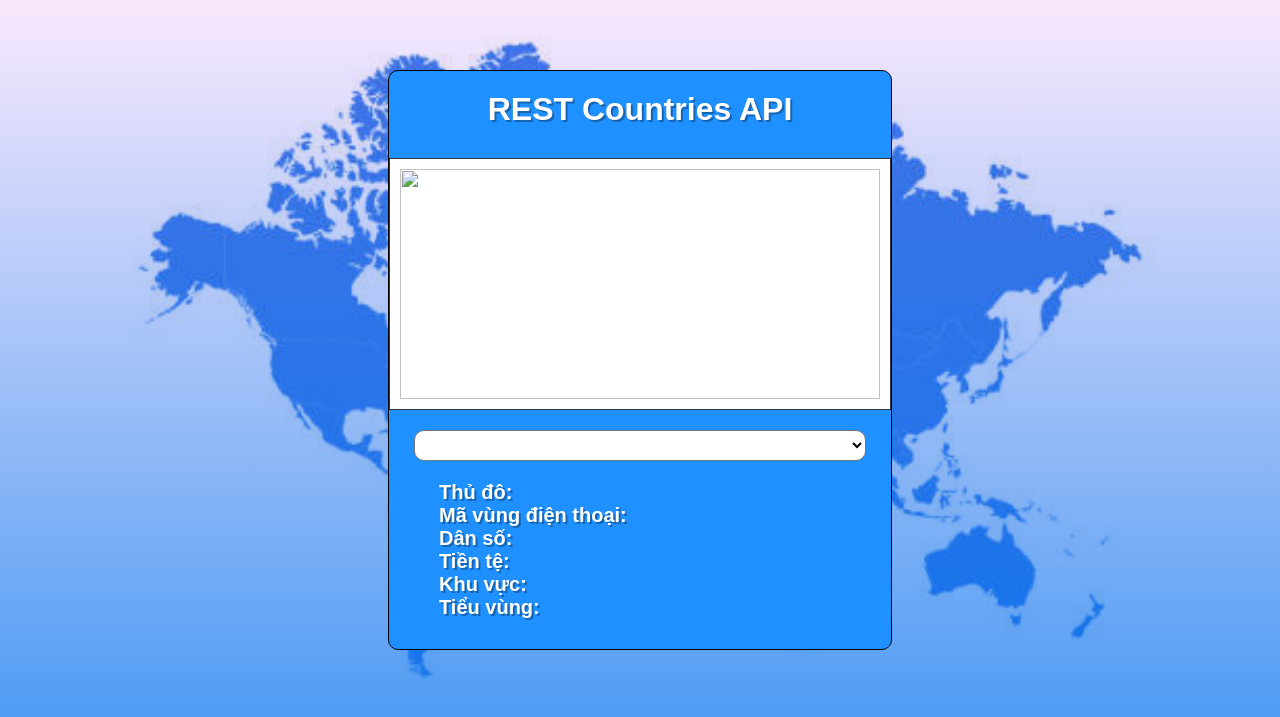
Repository: KhoaTran204/Rest-countries-api-app
Page: index.html
An editor plug-in stored every save of this project. The page is shown before and after the next save, followed by the edit.
The browser window is 1280 px wide. The pictures show the whole page.
The page's requests for data from a server got no answer.

Above is the page before, as saved 2024-04-14 09:18:20.

### index.html
<!DOCTYPE html>
<html lang="en">
  <head>
    <meta charset="UTF-8" />
    <meta name="viewport" content="width=device-width, initial-scale=1.0" />
    <link rel="stylesheet" href="style.css" />
    <title>Rest Countries API</title>
  </head>
  <body>
    <div class="container">
      <h1>REST Countries API</h1>
      <div id="main-container">
        <div id="flag-container">
          <img src="" alt="" />
        </div>
        <div id="info-container">
          <select id="countries"></select>
          <div class="info">
            <p>Thủ đô: <span id="capital"></span></p>
            <p>Mã vùng điện thoại: <span id="dialing-code"></span></p>
            <p>Dân số: <span id="population"></span></p>
            <p>Tiền tệ: <span id="currencies"></span></p>
            <p>Khu vực: <span id="region"></span></p>
            <p>Tiểu vùng: <span id="subregion"></span></p>
          </div>
        </div>
      </div>
    </div>
    <script src="app.js"></script>
  </body>
</html>

### style.css
* {
  margin: 0;
  padding: 0;
  box-sizing: border-box;
}

body {
  font-family: sans-serif;
  height: 100vh;
  display: flex;
  justify-content: center;
  align-items: center;
  /* background-image: url(anh/bando.jpg);
  background-repeat: no-repeat;
  background-position: center;
  background-size: cover; */
  background: linear-gradient(
      to top,
      rgba(4, 113, 239, 0.7),
      rgba(191, 35, 235, 0.1)
    ),
    url(anh/bando.jpg) no-repeat center/cover;
}

#flag-container {
  padding: 10px;
  height: 252px;
  background-color: #fff;
  border: 1px solid #333;
}

#flag-container img {
  display: block;
  width: 100%;
  height: 100%;
}

.container {
  background-color: #1e90ff;
  border-radius: 10px;
  border: 1px solid black;
}
.container h1 {
  text-align: center;
  text-shadow: 2px 2px rgba(0, 0, 0, 0.3);
  color: #fff;
  margin: 20px;
}
#main-container {
  width: 502px;
  margin: 30px auto;
  padding: 0;
}
#flag-container {
  height: 252px;
  background-color: #fff;
  border: 1px solid #333;
}
#flag-container img {
  display: block;
  width: 100%;
  height: 100%;
}
#info-container select {
  display: block;
  border-radius: 10px;
  margin: 20px auto;
  padding: 5px;
  min-width: 90%;
  color: black;
  font-size: 15px;
  font-weight: lighter;
  text-align-last: center;
  background-color: #fff;
  text-decoration: underline;
}
#flag-container select:active {
  background-color: black;
}
.info {
  margin-left: 50px;
  color: #fff;
  font-size: 20px;
  font-weight: bold;
  text-shadow: 2px 2px rgba(0, 0, 0, 0.3);
}

### app.js
const countrieslist = document.getElementById("countries");
let countries;

countrieslist.addEventListener("change", (event) =>
  displayCountryInfo(event.target.value)
);

// fetch("https://restcountries.com/v2/all")
//   .then(function (res) {
//     console.log(res);
//     return res.json();
//   })
//   .then(function (data) {
//     console.log(data);
//     initialize(data);
//   })
//   .catch(function (err) {
//     console.log("Lỗi: ", err);
//   });
fetch("https://restcountries.com/v2/all").then((res) => {
  res
    .json()
    .then((data) => initialize(data))
    .catch((err) => console.log("Lỗi: ", err));
});
function initialize(countriesData) {
  countries = countriesData;
  let options = "";
  //   for (let i = 0; i < countries.length; i++) {
  //     options += `<option value="${countries[i].alpha3Code}">${countries[i].name}</option>`;
  //   }
  countries.forEach(
    (country) =>
      (options += `<option value="${country.alpha3Code}">${country.name}</option>`)
  );
  //   document.getElementById("countries").innerHTML = options;
  //   document.querySelector("countries").innerHTML = options;
  countrieslist.innerHTML = options;
  countrieslist.selectedIndex = Math.floor(
    Math.random() * countrieslist.length
  );
  displayCountryInfo(countrieslist[countrieslist.selectedIndex].value);
}

function displayCountryInfo(countryByAlpha3Code) {
  const countryData = countries.find(
    (country) => country.alpha3Code === countryByAlpha3Code
  );
  console.log(countryData);
  document.querySelector("#flag-container img").src = countryData.flag;
  document.querySelector(
    "#flag-container img"
  ).alt = `Flag of ${countryData.name}`;
  document.getElementById("capital").innerHTML = countryData.capital;
  document.getElementById(
    "dialing-code"
  ).innerHTML = `+ ${countryData.callingCodes[0]}`;
  document.getElementById("population").innerHTML =
    countryData.population.toLocaleString("en-US");
  document.getElementById("currencies").innerHTML = countryData.currencies
    .filter((c) => c.name)
    .map((c) => `${c.name} (${c.code})`)
    .join(", ");
  document.getElementById("region").innerHTML = countryData.region;
  document.getElementById("subregion").innerHTML = countryData.subregion;
}

After the next save:
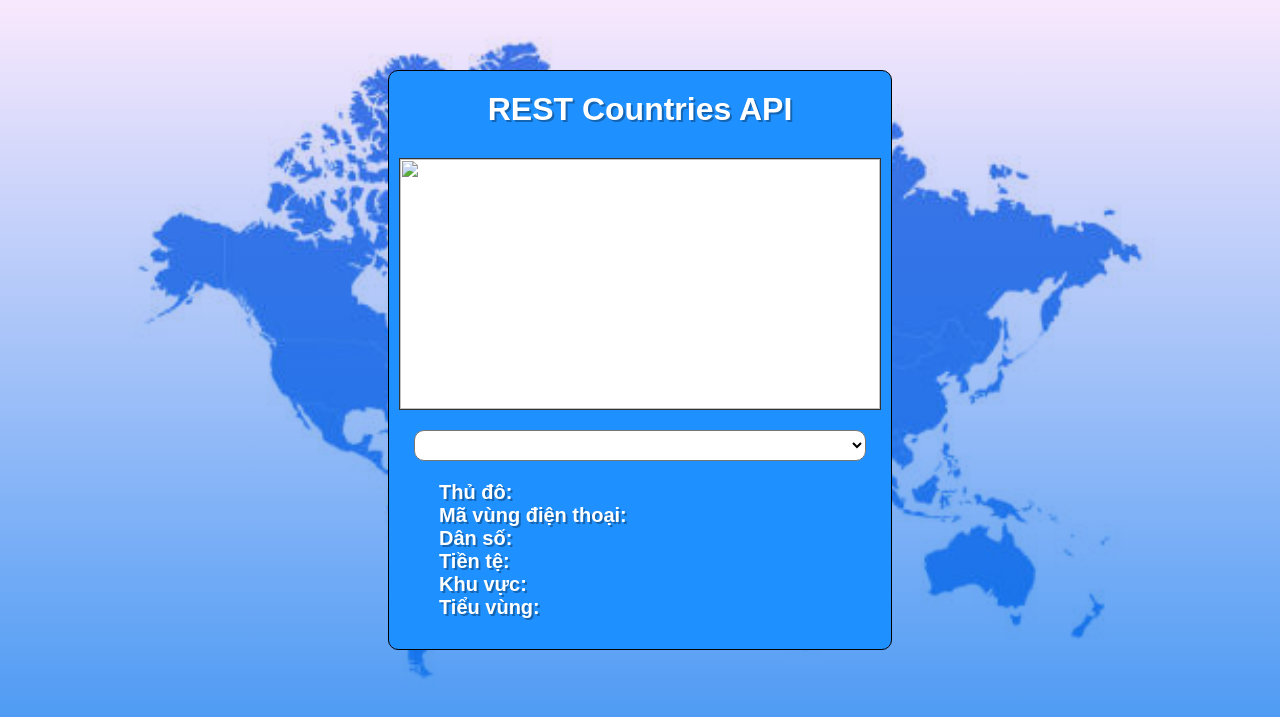
Saved 11 s later.
--- a/style.css
+++ b/style.css
@@ -23,7 +23,7 @@ body {
 }
 
 #flag-container {
-  padding: 10px;
+  margin: 10px;
   height: 252px;
   background-color: #fff;
   border: 1px solid #333;
